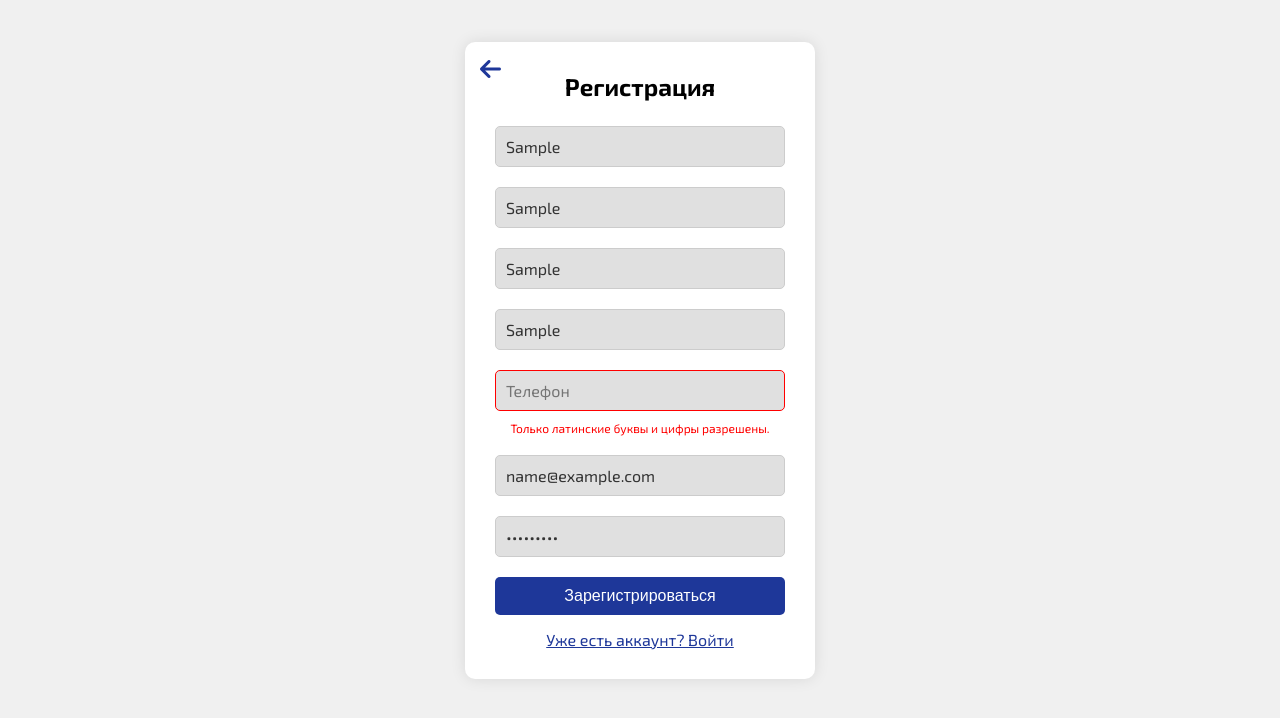
Repository: MaratLK/PLKFrontend
Page: LogReg.html
These files come from the project's save history. The page is drawn as it stood at one moment and after the next save; the edit follows.
The browser window is 1280 px wide. The pictures show the whole page.
Empty fields were first filled with sample values (such as "Sample", 5 or name@example.com).
After loading, the first visible `#phoneNumber` was changed once.

Above is the page before, as saved 2024-08-09 18:25:12.

### LogReg.html
<!DOCTYPE html>
<html lang="en">
<head>
  <meta charset="UTF-8" />
  <meta name="viewport" content="width=device-width, initial-scale=1.0" />
  <title>Регистрация и Авторизация</title>
  <link rel="stylesheet" href="StyleReg.css" />
  <link rel="stylesheet" href="https://cdnjs.cloudflare.com/ajax/libs/font-awesome/6.0.0-beta3/css/all.min.css" />
  <link rel="preconnect" href="https://fonts.googleapis.com" />
  <link rel="preconnect" href="https://fonts.gstatic.com" crossorigin />
  <link href="https://fonts.googleapis.com/css2?family=Exo+2:ital,wght@0,100..900;1,100..900&display=swap" rel="stylesheet" />
</head>
<body>



  <div class="container">
    <div id="registerForm" class="form-container active">
      <i class="fas fa-arrow-left back-btn" onclick="goBack()"></i>
      <h2>Регистрация</h2>
      <input type="text" id="firstName" placeholder="Имя" />
      <div id="firstNameError" class="error-message"></div>
      <input type="text" id="lastName" placeholder="Фамилия" />
      <div id="lastNameError" class="error-message"></div>
      <input type="text" id="companyName" placeholder="Компания/ИП" />
      <div id="companyNameError" class="error-message"></div>
      <input type="text" id="address" placeholder="Адрес" />
      <input type="text" id="phoneNumber" placeholder="Телефон" pattern="\+7\s\(\d{3}\)\s\d{3}-\d{2}-\d{2}" title="Введите номер телефона в формате +7 (XXX) XXX-XX-XX." />

      <div id="addressError" class="error-message"></div>
      <!-- <input type="text" id="phoneNumber" placeholder="Телефон" pattern="\d{11}" title="Введите 11-значный номер без символов." /> -->
      <input type="email" id="email" placeholder="Электронная почта" />
      <div id="emailError" class="error-message"></div>
      <input type="password" id="password" placeholder="Пароль" />
      <div id="passwordError" class="error-message"></div>
      <button onclick="register()">Зарегистрироваться</button>
      <span class="toggle-btn" onclick="toggleForms()">Уже есть аккаунт? Войти</span>
    </div>

    <div id="loginForm" class="form-container">
      <i class="fas fa-arrow-left back-btn" onclick="goBack()"></i>
      <h2>Авторизация</h2>
      <input type="email" id="loginEmail" placeholder="Электронная почта" />
      <div id="loginEmailError" class="error-message"></div>
      <input type="password" id="loginPassword" placeholder="Пароль" />
      <div id="loginPasswordError" class="error-message"></div>
      <button onclick="login()">Войти</button>
      <span class="toggle-btn" onclick="toggleForms()">Нет аккаунта? Регистрация</span>
    </div>
  </div>
  <div id="loginMessage" style="display: none;"></div>
  <script src="API.js" defer></script>
  <script src="Validation.js"></script>
</body>
</html>

### StyleReg.css
body {
  font-family: 'Exo 2', sans-serif;
  background-color: #f0f0f0;
  display: flex;
  justify-content: center;
  align-items: center;
  height: 100vh;
  margin: 0;
}

.container {
  background-color: #fff;
  border-radius: 10px;
  box-shadow: 0 0 15px rgba(0, 0, 0, 0.1);
  overflow: hidden;
  width: 350px;
  max-width: 100%;
  text-align: center;
  transition: transform 0.5s ease;
  position: relative;
}

.form-container {
  padding: 30px;
  display: none;
  transition: opacity 0.5s ease;
}

.form-container.active {
  display: block;
  opacity: 1;
}

.form-container h2 {
  margin: 0 0 15px;
}

.form-container input {
  width: 85%;
  padding: 10px;
  margin: 10px 0;
  border: 1px solid #ccc;
  border-radius: 5px;
  transition: border-color 0.3s ease;
}

.form-container button {
  width: 100%;
  padding: 10px;
  border: none;
  border-radius: 5px;
  background-color: #1e3799;
  color: #fff;
  font-size: 16px;
  cursor: pointer;
  transition: background-color 0.3s ease;
  margin-top: 10px;
}

.form-container button:hover {
  background-color: #0056b3;
}

.back-btn {
  position: absolute;
  top: 15px;
  left: 15px;
  color: #1e3799;
  font-size: 24px;
  cursor: pointer;
  transition: color 0.3s ease;
}

.back-btn:hover {
  color: #0056b3;
}

.toggle-btn {
  cursor: pointer;
  color: #1e3799;
  text-decoration: underline;
  margin-top: 15px;
  display: block;
}

.toggle-btn:hover {
  color: #0056b3;
}

input[type="text"], input[type="email"], input[type="password"] {
  font-family: 'Exo 2', sans-serif;
  font-size: 16px;
  color: #333;
  background-color: #e0e0e0;
  border: none;
  padding: 10px;
  border-radius: 5px;
  width: 100%;
  box-sizing: border-box;
  margin-bottom: 10px;
  border: 1px solid #ccc;
}

input[type="text"].invalid, input[type="email"].invalid, input[type="password"].invalid {
  border-color: red;
}

input[type="text"].valid, input[type="email"].valid, input[type="password"].valid {
  border-color: green;
}

.error-message {
  color: red;
  font-size: 12px;
  margin-bottom: 10px;
  display: none;
}

### Validation.js
document.addEventListener('DOMContentLoaded', function () {
  const phoneNumberInput = document.getElementById('phoneNumber');
  const emailInput = document.getElementById('email');
  const passwordInput = document.getElementById('password');
  const loginEmailInput = document.getElementById('loginEmail');
  const loginPasswordInput = document.getElementById('loginPassword');
  const textInputs = document.querySelectorAll('input[type="text"]');

  function showErrorMessages(input, messages) {
      const errorContainer = input.nextElementSibling;
      errorContainer.innerHTML = messages.join('<br>');
      errorContainer.style.display = messages.length > 0 ? 'block' : 'none';
  }

  // Валидация телефонного номера
  phoneNumberInput.addEventListener('input', function (event) {
      let input = event.target.value.replace(/\D/g, '');
      let formattedInput = '';

      if (input.length > 0) {
          formattedInput += '+7';
      }
      if (input.length > 1) {
          formattedInput += ' (' + input.substring(1, 4);
      }
      if (input.length >= 4) {
          formattedInput += ') ' + input.substring(4, 7);
      }
      if (input.length >= 7) {
          formattedInput += '-' + input.substring(7, 9);
      }
      if (input.length >= 9) {
          formattedInput += '-' + input.substring(9, 11);
      }

      event.target.value = formattedInput;

      // Проверка правильности ввода номера телефона
      if (input.length < 11) {
          phoneNumberInput.classList.add('invalid');
          phoneNumberInput.classList.remove('valid');
          phoneNumberInput.setCustomValidity('Введите правильный 11-значный номер.');
      } else {
          phoneNumberInput.classList.remove('invalid');
          phoneNumberInput.classList.add('valid');
          phoneNumberInput.setCustomValidity('');
      }
  });

  phoneNumberInput.addEventListener('keydown', function (event) {
      if (event.key === 'Backspace' || event.key === 'Delete') {
          let start = phoneNumberInput.selectionStart;
          let end = phoneNumberInput.selectionEnd;

          if (start === end) {
              if (event.key === 'Backspace' && start > 0) {
                  start--;
              } else if (event.key === 'Delete' && start < phoneNumberInput.value.length) {
                  end++;
              }
          }

          let newValue = phoneNumberInput.value.slice(0, start) + phoneNumberInput.value.slice(end);
          newValue = newValue.replace(/\D/g, '');

          phoneNumberInput.value = newValue;
          event.preventDefault();
          phoneNumberInput.dispatchEvent(new Event('input'));
          phoneNumberInput.setSelectionRange(start, start);
      }
  });

  // Валидация текстовых полей (разрешены буквы и цифры)
  textInputs.forEach(input => {
      input.addEventListener('input', function () {
          const value = input.value;
          const regex = /^[a-zA-Z0-9\s]+$/;  // Разрешены латинские буквы, цифры и пробелы
          const messages = [];

          if (!regex.test(value)) {
              input.classList.add('invalid');
              input.classList.remove('valid');
              messages.push('Только латинские буквы и цифры разрешены.');
          } else {
              input.classList.remove('invalid');
              input.classList.add('valid');
          }

          showErrorMessages(input, messages);
      });
  });

  // Валидация email
  emailInput.addEventListener('input', function () {
      const value = emailInput.value;
      const messages = [];
      const regex = /^[^\s@]+@[^\s@]+\.[^\s@]+$/;

      if (!regex.test(value)) {
          emailInput.classList.add('invalid');
          emailInput.classList.remove('valid');
          messages.push('Введите правильный email адрес.');
      } else {
          emailInput.classList.remove('invalid');
          emailInput.classList.add('valid');
      }

      // Дополнительная проверка существования email
      if (value && value.includes('@') && value.split('@')[1].split('.').length < 2) {
          messages.push('Такого адреса нет.');
      }

      showErrorMessages(emailInput, messages);
  });

  // Валидация пароля
  passwordInput.addEventListener('input', function () {
      const value = passwordInput.value;
      const messages = [];
      const regex = /^(?=.*[a-z])(?=.*[A-Z])(?=.*\d).{8,}$/;

      if (!regex.test(value)) {
          passwordInput.classList.add('invalid');
          passwordInput.classList.remove('valid');
          messages.push('Пароль должен содержать минимум 8 символов, включая одну заглавную букву, одну строчную букву и одну цифру.');
      } else {
          passwordInput.classList.remove('invalid');
          passwordInput.classList.add('valid');
      }

      showErrorMessages(passwordInput, messages);
  });

  // Валидация email в форме авторизации
  loginEmailInput.addEventListener('input', function () {
      const value = loginEmailInput.value;
      const messages = [];
      const regex = /^[^\s@]+@[^\s@]+\.[^\s@]+$/;

      if (!regex.test(value)) {
          loginEmailInput.classList.add('invalid');
          loginEmailInput.classList.remove('valid');
          messages.push('Введите правильный email адрес.');
      } else {
          loginEmailInput.classList.remove('invalid');
          loginEmailInput.classList.add('valid');
      }

      // Дополнительная проверка существования email
      if (value && value.includes('@') && value.split('@')[1].split('.').length < 2) {
          messages.push('Такого адреса нет.');
      }

      showErrorMessages(loginEmailInput, messages);
  });

  // Валидация пароля в форме авторизации
  loginPasswordInput.addEventListener('input', function () {
      const value = loginPasswordInput.value;
      const messages = [];
      const regex = /^(?=.*[a-z])(?=.*[A-Z])(?=.*\d).{8,}$/;

      if (!regex.test(value)) {
          loginPasswordInput.classList.add('invalid');
          loginPasswordInput.classList.remove('valid');
          messages.push('Неверный пароль');
      } else {
          loginPasswordInput.classList.remove('invalid');
          loginPasswordInput.classList.add('valid');
      }

      showErrorMessages(loginPasswordInput, messages);
  });
});

### API.js
// Функция для отправки данных авторизации на сервер
async function login() {
  const email = document.getElementById('loginEmail').value;
  const password = document.getElementById('loginPassword').value;

  const user = {
      email: email,
      password: password
  };

  try {
      const response = await fetch('https://localhost:7268/api/Users/login', {
          method: 'POST',
          headers: {
              'Content-Type': 'application/json'
          },
          body: JSON.stringify(user)
      });

      console.log('Response:', response); // Вывод ответа в консоль
      console.log('Response status:', response.status);

      if (response.ok) {
          const result = await response.json();
          console.log('Result:', result); // Вывод результата в консоль

          // Проверка, что result.User содержит данные
          if (result.user) {
              localStorage.setItem('token', result.token);
              localStorage.setItem('user', JSON.stringify(result.user));
              console.log('User data saved:', result.user);
              updateUserInterface(result.user);

              // Показать сообщение о успешном входе
              showLoginMessage(result.user.firstName);

              // Перенаправление на главную страницу после задержки
              setTimeout(() => {
                  window.location.href = 'index.html';
              }, 2000); // Задержка 2 секунды перед перенаправлением
          } else {
              console.error('User data is missing in response');
              alert('Login failed: No user data received.');
          }
      } else {
          const errorText = await response.text();
          console.error('Error logging in:', response.status, errorText); // Вывод статуса и текста ошибки
          alert('Login failed: ' + errorText); // Показ ошибки пользователю
      }
  } catch (error) {
      console.error('Error:', error);
      alert('Login failed: ' + error.message); // Показ ошибки пользователю
  }
}

// Функция для отображения сообщения о успешном входе
function showLoginMessage(userName) {
  const loginMessage = document.getElementById('loginMessage');
  if (loginMessage) {
      loginMessage.textContent = `Вы успешно вошли как ${userName}`;
      loginMessage.style.display = 'block';
      loginMessage.style.color = 'green';
  }
}

// Функция для обновления интерфейса в зависимости от состояния пользователя
function updateUserInterface(user) {
  const loginButton = document.getElementById('loginButton');

  if (!loginButton) {
      console.error('Login button not found');
      return; // Прекратить выполнение функции, если элемент не найден
  }

  if (user) {
      loginButton.innerHTML = `<i class="fas fa-user"></i> ${user.firstName}`;
      loginButton.href = "#";
      loginButton.onclick = logout;
  } else {
      loginButton.innerHTML = `<i class="fas fa-user"></i> Войти`;
      loginButton.href = "LogReg.html";
      loginButton.onclick = null;
  }
}

// Функция для отправки данных регистрации на сервер
async function register() {
  const firstName = document.getElementById('firstName').value;
  const lastName = document.getElementById('lastName').value;
  const companyName = document.getElementById('companyName').value;
  const address = document.getElementById('address').value;
  const phoneNumber = document.getElementById('phoneNumber').value;
  const email = document.getElementById('email').value;
  const password = document.getElementById('password').value;

  const user = {
      firstName: firstName,
      lastName: lastName,
      companyName: companyName,
      address: address,
      phoneNumber: phoneNumber,
      email: email,
      passwordHash: password // В вашем API этот параметр может быть назван иначе
  };

  try {
      const response = await fetch('https://localhost:7268/api/Users/register', {
          method: 'POST',
          headers: {
              'Content-Type': 'application/json'
          },
          body: JSON.stringify(user)
      });

      console.log('Response:', response); // Вывод ответа в консоль

      if (response.ok) {
          alert('Регистрация успешна!');
          // Переключаемся на форму авторизации
          toggleForms();
      } else {
          const errorText = await response.text();
          console.error('Error registering:', response.status, errorText); // Вывод статуса и текста ошибки
          alert('Registration failed: ' + errorText); // Показ ошибки пользователю
      }
  } catch (error) {
      console.error('Error:', error);
      alert('Registration failed: ' + error.message); // Показ ошибки пользователю
  }
}

// Функция для выхода пользователя
function logout() {
  localStorage.removeItem('token');
  localStorage.removeItem('user');
  updateUserInterface(null);
}

// Функция для обновления интерфейса в зависимости от состояния пользователя
function updateUserInterface(user) {
  const loginButton = document.getElementById('loginButton');

  if (!loginButton) {
      console.error('Login button not found');
      return; // Прекратить выполнение функции, если элемент не найден
  }

  if (user) {
      loginButton.innerHTML = `<i class="fas fa-user"></i> ${user.firstName}`;
      loginButton.href = "#";
      loginButton.onclick = logout;
  } else {
      loginButton.innerHTML = `<i class="fas fa-user"></i> Войти`;
      loginButton.href = "LogReg.html";
      loginButton.onclick = null;
  }
}

// Функция для переключения форм регистрации и авторизации
function toggleForms() {
  document.getElementById("registerForm").classList.toggle("active");
  document.getElementById("loginForm").classList.toggle("active");
  document.querySelector(".container").style.transform =
      document.querySelector(".container").style.transform === "scale(1.1)"
          ? "scale(1)"
          : "scale(1.1)";
}

// Функция для навигации назад на главную страницу
function goBack() {
  window.location.href = 'index.html';
}

// Обработчик DOMContentLoaded для обновления интерфейса при загрузке страницы
document.addEventListener('DOMContentLoaded', () => {
  const loginButton = document.getElementById('loginButton');

  if (loginButton) {
      const user = JSON.parse(localStorage.getItem('user'));
      if (user) {
          console.log('Loaded user:', user);
      } else {
          console.log('No user data found in localStorage');
      }
      updateUserInterface(user);
  } else {
      console.log('Login button not found on this page. Skipping updateUserInterface.');
  }
});

After the next save:
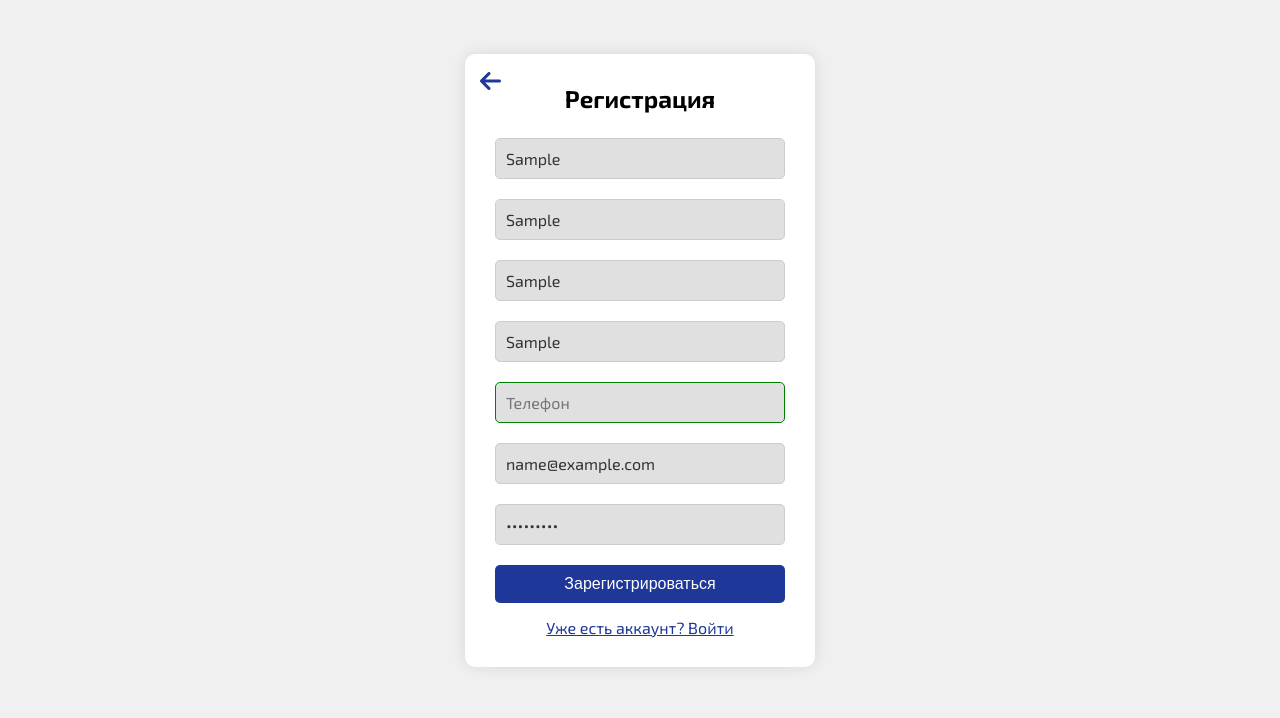
Saved 66 s later.
--- a/Validation.js
+++ b/Validation.js
@@ -77,14 +77,16 @@
           const regex = /^[a-zA-Z0-9\s]+$/;  // Разрешены латинские буквы, цифры и пробелы
           const messages = [];
 
-          if (!regex.test(value)) {
-              input.classList.add('invalid');
-              input.classList.remove('valid');
-              messages.push('Только латинские буквы и цифры разрешены.');
-          } else {
-              input.classList.remove('invalid');
-              input.classList.add('valid');
-          }
+          if (input.length < 11) {
+            phoneNumberInput.classList.add('invalid');
+            phoneNumberInput.classList.remove('valid');
+            phoneNumberInput.setCustomValidity('Введите правильный 11-значный номер.');
+        } else {
+            phoneNumberInput.classList.remove('invalid');
+            phoneNumberInput.classList.add('valid');
+            phoneNumberInput.setCustomValidity('');
+        }
+
 
           showErrorMessages(input, messages);
       });

After the save that followed:
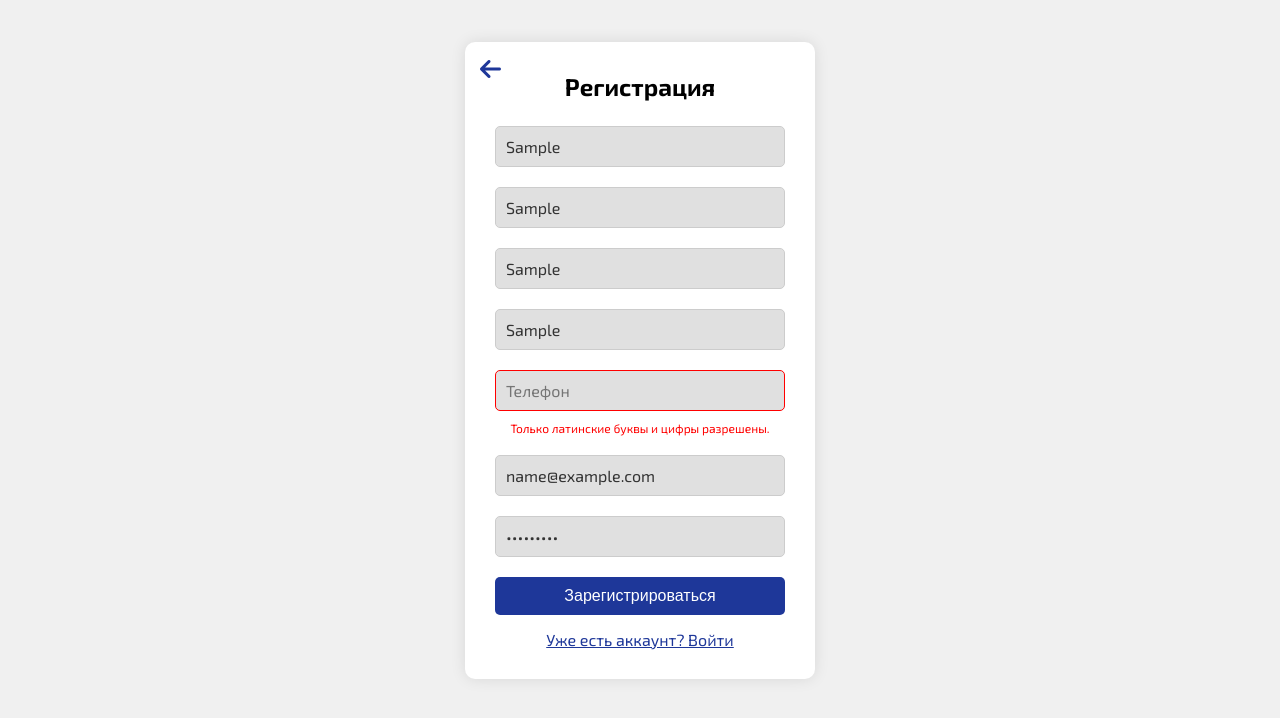
Saved 5 min 6 s later.
--- a/Validation.js
+++ b/Validation.js
@@ -77,16 +77,14 @@
           const regex = /^[a-zA-Z0-9\s]+$/;  // Разрешены латинские буквы, цифры и пробелы
           const messages = [];
 
-          if (input.length < 11) {
-            phoneNumberInput.classList.add('invalid');
-            phoneNumberInput.classList.remove('valid');
-            phoneNumberInput.setCustomValidity('Введите правильный 11-значный номер.');
-        } else {
-            phoneNumberInput.classList.remove('invalid');
-            phoneNumberInput.classList.add('valid');
-            phoneNumberInput.setCustomValidity('');
-        }
-
+          if (!regex.test(value)) {
+              input.classList.add('invalid');
+              input.classList.remove('valid');
+              messages.push('Только латинские буквы и цифры разрешены.');
+          } else {
+              input.classList.remove('invalid');
+              input.classList.add('valid');
+          }
 
           showErrorMessages(input, messages);
       });
